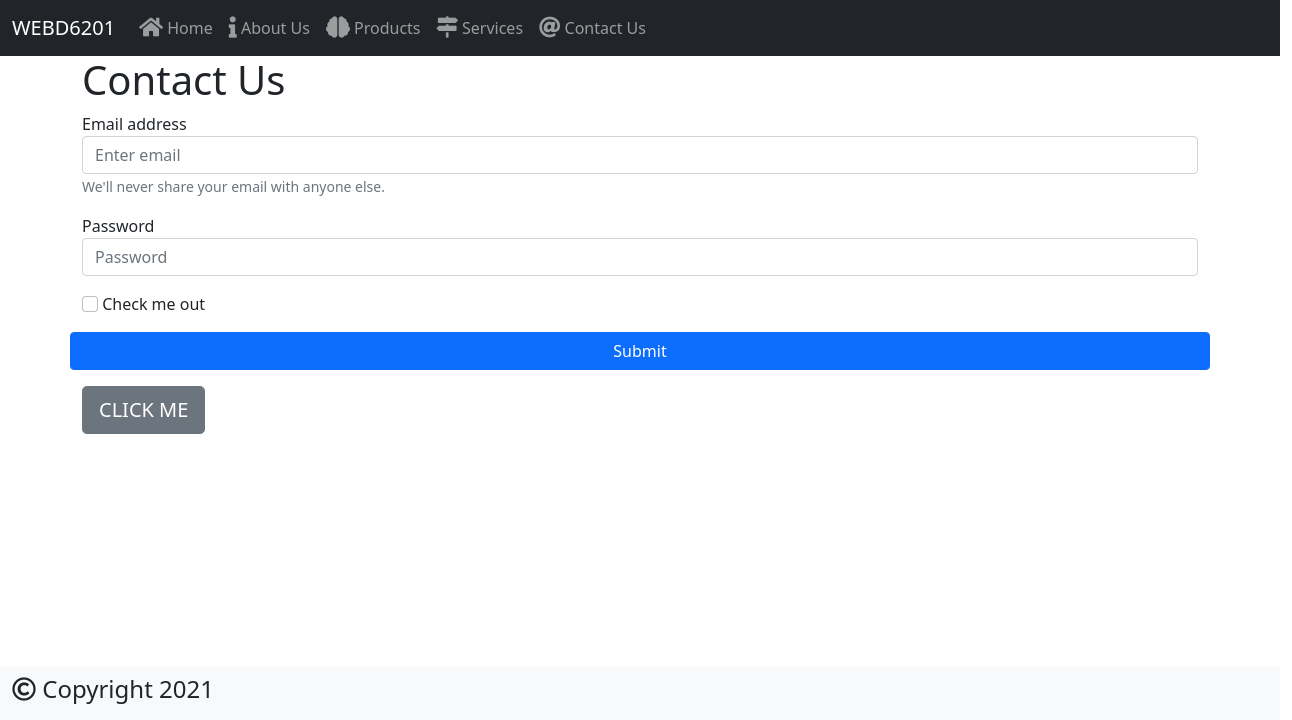
Repository: GarlicButterBoy/WEBD6201-Week1
Page: contact.html
The author's editor kept a copy of each file at every save. The page is drawn from the files as they stood at one save, then again after a run of saves.
The browser window is 1280 px wide. The page is 1280 px wide, then 1292 px, so the pictures cover 1292 px, including what lies to the right of the window. The pictures show the whole page.

Above is the page before, as saved 2021-01-21 09:15:49.

After the next 2 saves:
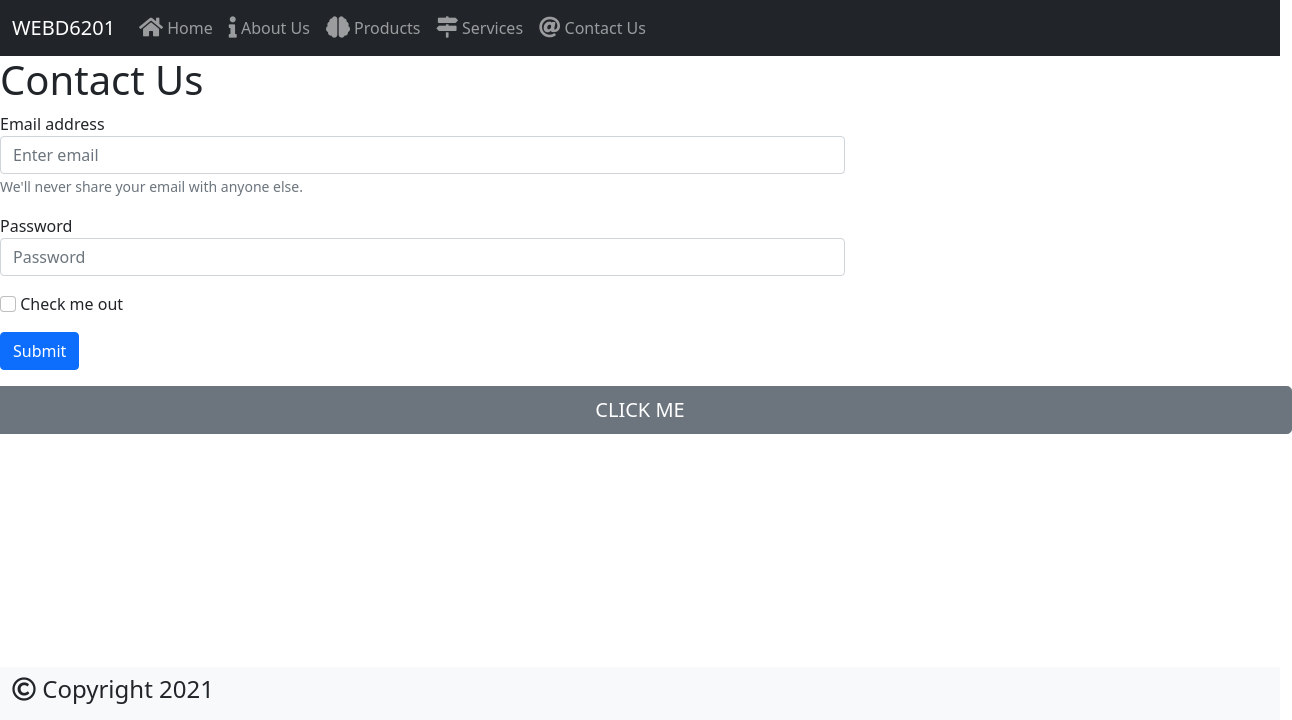
The 2 saves are shown as one change because they came seconds apart.
The last was saved 6 s later.
--- a/contact.html
+++ b/contact.html
@@ -56,10 +56,10 @@
           </nav>
     </header>
 <!--Main Content-->
-    <main class="container">
+    <main class="row">
         <h1>Contact Us</h1>
 
-        <form class="row">
+        <form class="col-8">
           <div class="mb-3">
             <label for="exampleInputEmail1">Email address</label>
             <input type="email" class="form-control" id="exampleInputEmail1" aria-describedby="emailHelp" placeholder="Enter email">
